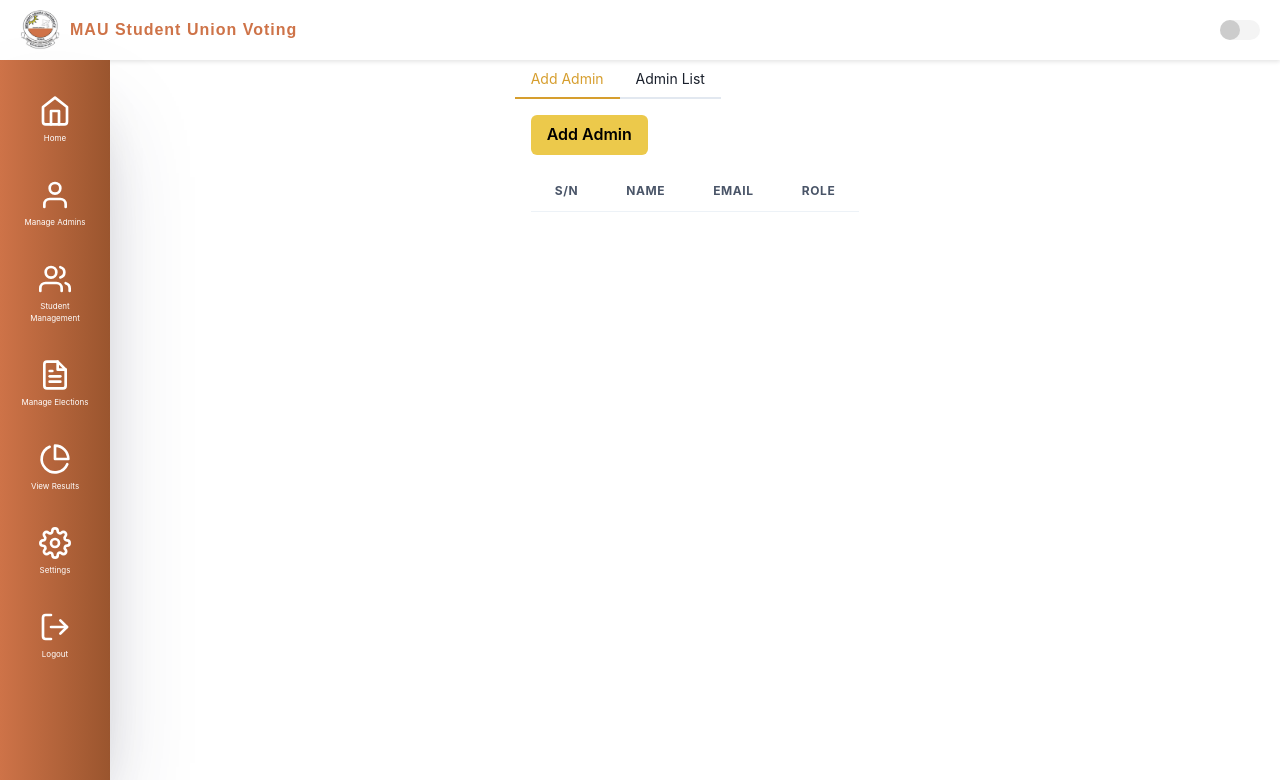
Repository: joena1o/e-vote
Page: /admin-dashboard/manage-admin
The author's editor kept a copy of each file at every save. The page is drawn from the files as they stood at one save, then again after the next save.
The browser window is 1280 px wide. The pictures show the whole page.
The project was rebuilt for these pictures with package versions that can differ from the ones it lists, and the page was loaded fresh each time. Also part of the build but not shown: src/components/EnhancedLogin.js, src/components/maincontent/RegisterStudents/ManageStudents.js, src/components/maincontent/RegisterStudents/RegisterStudents.js, src/components/maincontent/RegisterStudents/StudentManagement.js, src/components/maincontent/ElectionResults/ViewResults.js, src/components/maincontent/ElectionResults/report.js, src/components/maincontent/ElectionResults/ViewElectionResults.js, src/components/maincontent/Settings/Settings.js and 17 more.

Above is the page before, as saved 2023-10-29 10:34:57.

After the next save:
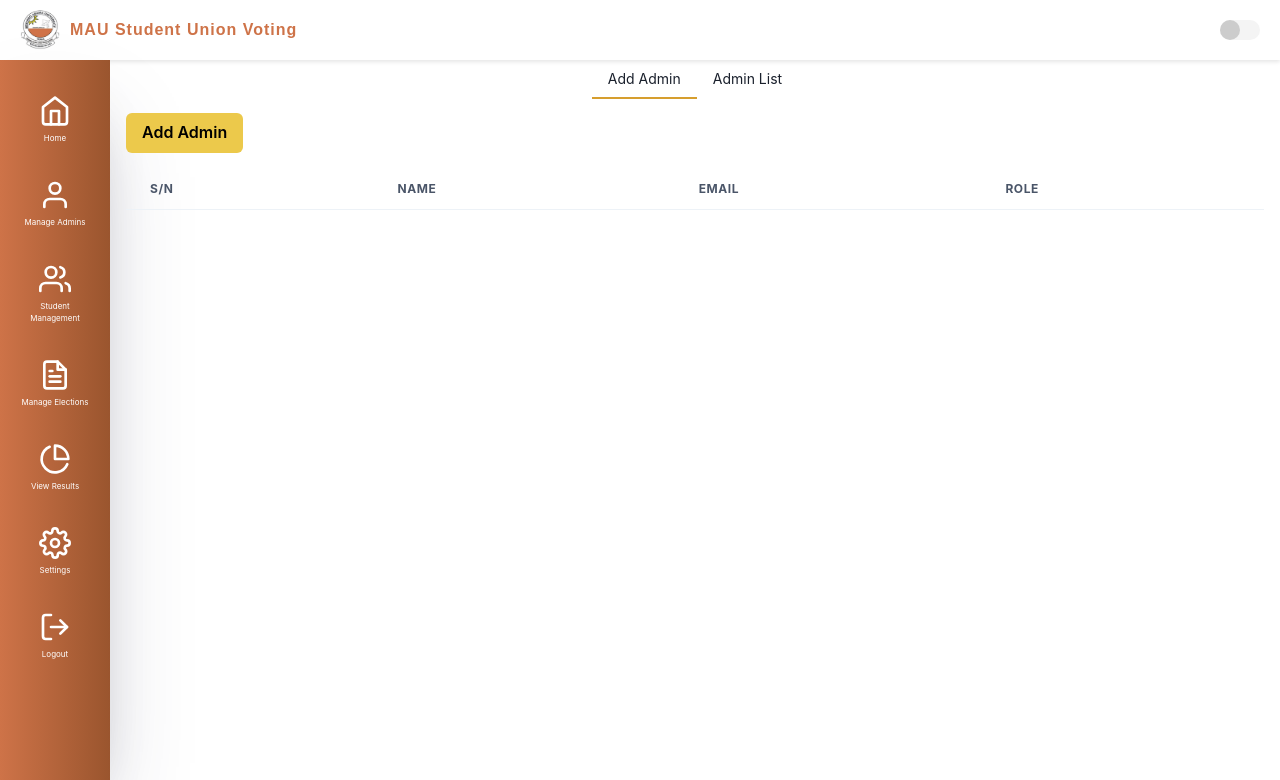
Saved 9 s later.
--- a/src/components/maincontent/ManageAdmins/ManageAdmins.js
+++ b/src/components/maincontent/ManageAdmins/ManageAdmins.js
@@ -11,14 +11,15 @@ const ManageAdmins = () => {
   };
 
   return (
-    <Flex direction="column" align="center" w="100%" h="100%">
-      <Box w="100%" maxW="100%" display="flex" flexDirection="column" alignItems="center">
-        <Tabs index={activeTab} onChange={handleTabChange} isLazy>
-          <TabList display="inline-flex" justifyContent="center" mx="auto">
-            <Tab fontSize="sm" px={4} py={2} _selected={{ borderBottom: '2px solid', borderColor: 'yellow.500', color: 'yellow.500' }}>
+    <Flex direction="column" align="center" w="100%" h="100vh">
+
+      <Box w="100%">
+        <Tabs index={activeTab} onChange={handleTabChange} isLazy w="100%">
+          <TabList display="flex" justifyContent="center" mx="auto" borderBottom="none">
+            <Tab fontSize="sm" px={4} py={2} _selected={{ borderBottom: '2px solid', borderColor: 'yellow.500' }}>
               Add Admin
             </Tab>
-            <Tab fontSize="sm" px={4} py={2} _selected={{ borderBottom: '2px solid', borderColor: 'yellow.500', color: 'yellow.500' }}>
+            <Tab fontSize="sm" px={4} py={2} _selected={{ borderBottom: '2px solid', borderColor: 'yellow.500' }}>
               Admin List
             </Tab>
           </TabList>
@@ -35,4 +36,5 @@ const ManageAdmins = () => {
     </Flex>
   );
 };
+
 export default ManageAdmins;
